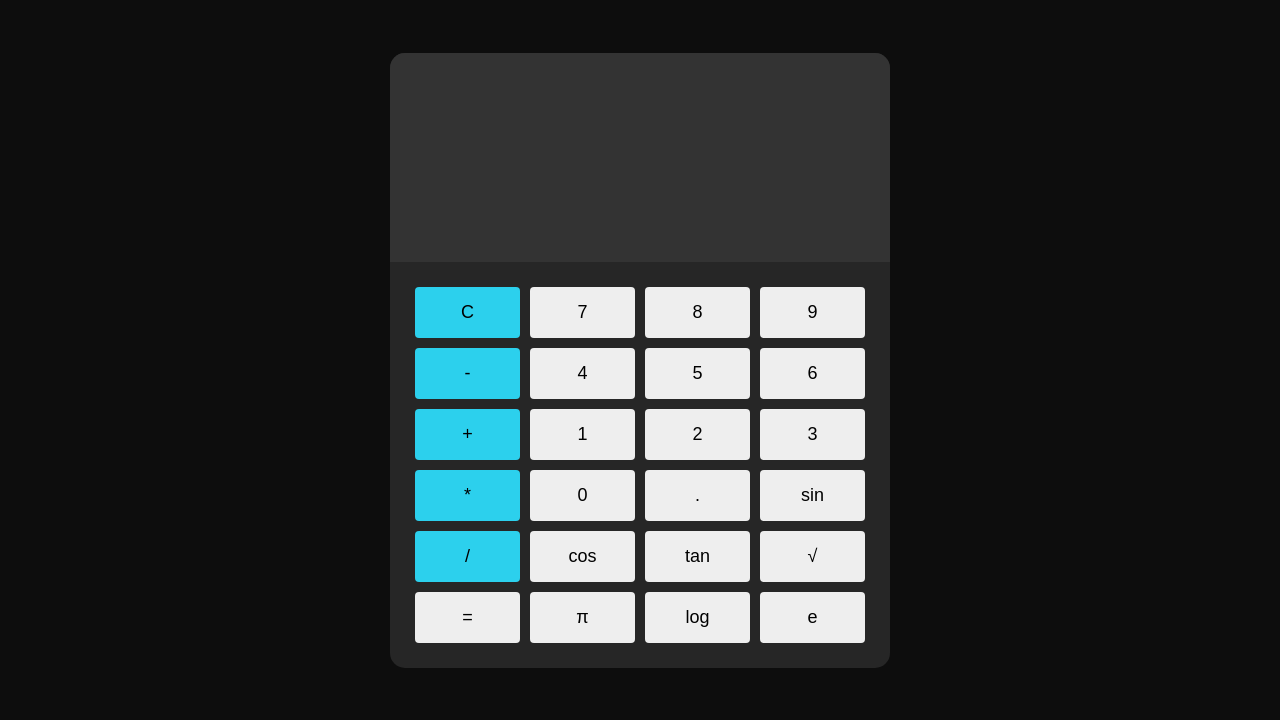
Repository: Haakim19/JavaScript
Page: Calculater/Main.html
The author's editor kept a copy of each file at every save. The page is drawn from the files as they stood at one save, then again after the next save.
The browser window is 1280 px wide. The pictures show the whole page.

Above is the page before, as saved 2024-10-23 10:19:08.

### Calculater/Main.html
<!DOCTYPE html>
<html lang="en">
<head>
    <meta charset="UTF-8">
    <meta name="viewport" content="width=device-width, initial-scale=1.0">
    <title>Calculator</title>
    <link rel="stylesheet" href="Main.css">
</head>
<body>
    <div id="calculator">
        <div id="calculator-normal">
            <input id= "display1" readonly>
            <input id="display2" readonly>
            <div id="keys">
                <button onclick="clearDisplay()" class="operator-btn">C</button>
                <button onclick="appentToDisplay('7')">7</button>
                <button onclick="appentToDisplay('8')">8</button>
                <button onclick="appentToDisplay('9')">9</button>
                <button onclick="appentToDisplay('-')" class="operator-btn">-</button>
                <button onclick="appentToDisplay('4')">4</button>
                <button onclick="appentToDisplay('5')">5</button>
                <button onclick="appentToDisplay('6')">6</button>
                <button onclick="appentToDisplay('+')" class="operator-btn">+</button>
                <button onclick="appentToDisplay('1')">1</button>
                <button onclick="appentToDisplay('2')">2</button>
                <button onclick="appentToDisplay('3')">3</button>
                <button onclick="appentToDisplay('*')" class="operator-btn">*</button>
                <button onclick="appentToDisplay('0')">0</button>
                <button onclick="appentToDisplay('.')" >.</button>
                <button onclick="appentToDisplay('Math.sin()')">sin</button>
                <button onclick="appentToDisplay('/')" class="operator-btn">/</button>
                <button onclick="appentToDisplay('Math.cos()')">cos</button>
                <button onclick="appentToDisplay('Math.tan()')">tan</button>
                <button onclick="appentToDisplay('Math.sqrt()')">√</button>
                <button onclick="calculate()" >=</button>
                <button onclick="appendToDisplay('Math.PI()')">π</button>
                <button onclick="appentToDisplay('Math.log()')">log</button>
                <button onclick="appentToDisplay('Math.e()')">e</button>
                <!-- <button onclick="appendToDisplay('Math.log()')>ln</button> -->
            </div>
        </div>

    </div>
<script src="Main.js"></script>
</body>
</html>

### Calculater/Main.css
body{
    margin: 0;
    display: flex;
    justify-content: center;
    align-items: center;
    height: 100vh;
    background-color: hsl(0,0%, 5%);

}
#calculate{
    font-family:sans-serif;
}
#calculator-normal{
    background-color: hsl(0, 0%, 15%);
    border-radius: 15px;
    max-width: 500px;
    overflow: hidden;
}

#display1{
    width: 100%;
    padding: 20px;
    font-size: 2rem;
    border: none;
    text-align: left;
    padding-right: -15px;
    color: white;
    background-color: hsl(0, 0%, 20%);

}
#display2{
    width: 100%;
    padding: 20px;
    font-size: 5rem;
    border: none;
    text-align: left;
    padding-right: -15px;
    color: white;
    background-color: hsl(0, 0%, 20%);

}
#keys{
    display: grid;
    grid-template-columns: repeat(4, 1fr);
    gap: 10px;
    padding: 25px;
}
/* #keys-normal{
    width: 80px;
    height: 60px;
    color: white;
    border-radius: 50px;
    border: none;
    font-size: 3rem;
    background-color: hsl(0, 0%, 30%);
    font-weight: bold;
    cursor: pointer;
} */
/* button{
    width: 80px;
    height: 60px;
    color: white;
    border-radius: 50px;
    border: none;
    font-size: 3rem;
    background-color: hsl(0, 0%, 30%);
    font-weight: bold;
    cursor: pointer;
} */
button{
    width: 100%;
    padding: 15px;
    font-size: 18px;
    border: none;
    border-radius: 4px;
    background-color: #eee;
    cursor: pointer;
    transition: background-color 0.3s;
}

button:hover{
    background-color: hsl(0, 0%, 40%);
}

button:active{
    background-color: hsl(0, 0%, 50%);
}

.operator-btn{
    background-color: hsl(189, 84%, 55%);
}

.operator-btn:hover{
    background-color: hsl(189, 84%, 65%);
}

.operator-btn:active{
    background-color: hsl(189, 84%, 75%);
}

### Calculater/Main.js
const display1 = document.getElementById('display1');
const display2 = document.getElementById('display2');

function appentToDisplay(input){
    display2.value += input;
}
function clearDisplay(){
    display1.value = '';
    display2.value = '';
}
function calculate(){
    try{
        display1.value = eval(display2.value);}
    catch{
        display2.value = 'Error';
    }

}

After the next save:
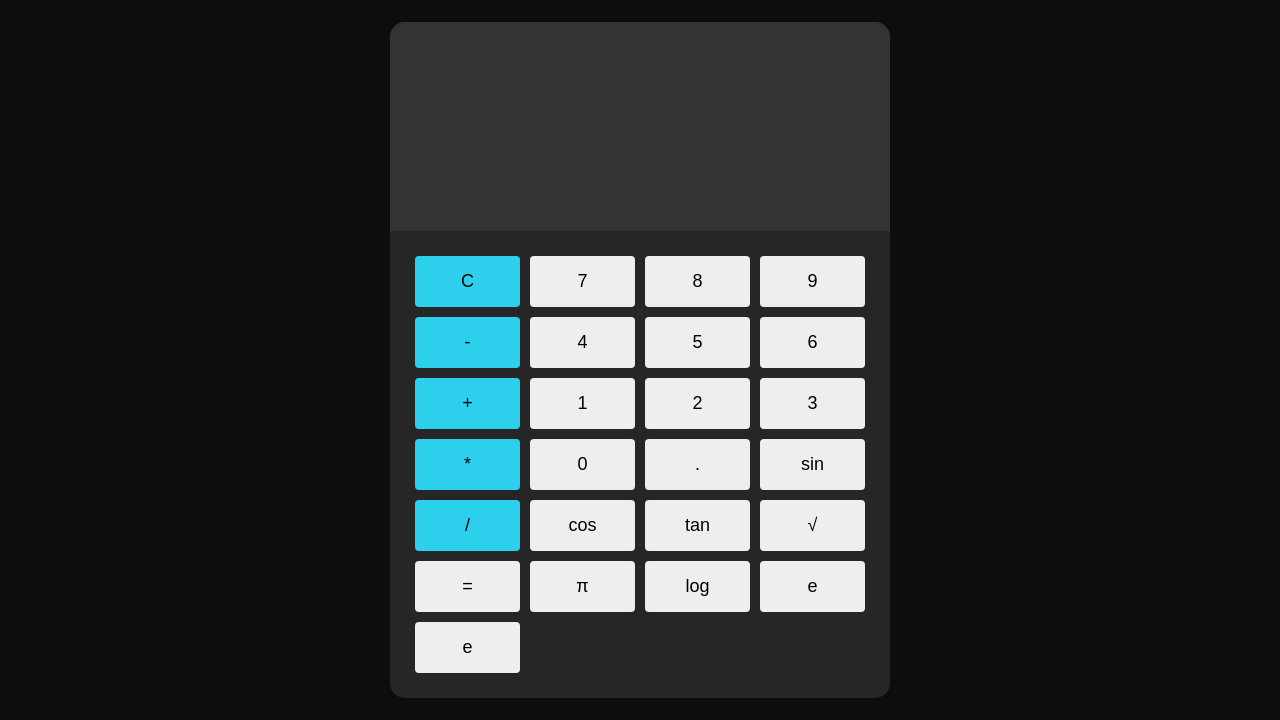
Saved 77 s later.
--- a/Calculater/Main.html
+++ b/Calculater/Main.html
@@ -36,7 +36,7 @@
                 <button onclick="appendToDisplay('Math.PI()')">π</button>
                 <button onclick="appentToDisplay('Math.log()')">log</button>
                 <button onclick="appentToDisplay('Math.e()')">e</button>
-                <!-- <button onclick="appendToDisplay('Math.log()')>ln</button> -->
+                <button onclick="appentToDisplay('Math.e()')">e</button>
             </div>
         </div>
 
